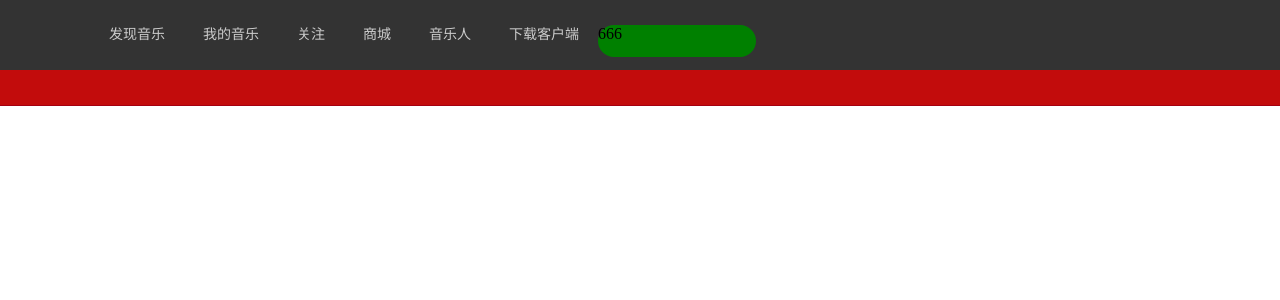
Repository: xtcgjk/-
Page: /
The author's editor kept a copy of each file at every save. The page is drawn from the files as they stood at one save, then again after the next save.
The browser window is 1280 px wide. The pictures show the whole page.
The project was rebuilt for these pictures with package versions that can differ from the ones it lists, and the page was loaded fresh each time.

Above is the page before, as saved 2022-02-23 16:22:04.

### index.html
<!DOCTYPE html>
<html>
  <head>
    <meta charset="utf-8" />
    <meta name="viewport" content="width=device-width,initial-scale=1.0" />
    <title>vue-music</title>
  </head>
  <body>
    <div id="app"></div>
    <!-- built files will be auto injected -->
  </body>
</html>
<style>
  body {
    margin: 0;
    padding: 0;
  }
</style>

### src/main.js
// The Vue build version to load with the `import` command
// (runtime-only or standalone) has been set in webpack.base.conf with an alias.
import Vue from "vue";
import App from "./App";
import router from "./routers";
import http from "./axios/index";
import ElementUI from "element-ui";
import "element-ui/lib/theme-chalk/index.css";

Vue.use(ElementUI);
Vue.prototype.$http = http;

/* eslint-disable no-new */
new Vue({
  el: "#app",
  router,
  components: { App },
  template: "<App/>"
});

### src/App.vue
<template>
  <div id="app">
    <router-view></router-view>
  </div>
</template>

<script>
export default {
  name: "App",
  components: {},
};
</script>

<style>
/* #app {
  font-family: "Avenir", Helvetica, Arial, sans-serif;
  -webkit-font-smoothing: antialiased;
  -moz-osx-font-smoothing: grayscale;
  text-align: center;
  color: #2c3e50;
  margin-top: 60px;
} */
</style>

### src/routers/index.js
import Vue from "vue";
import VueRouter from "vue-router";
Vue.use(VueRouter);
const router = new VueRouter({
  mode: "history",
  routes: [
    {
      path: "/",
      redirect: "/music"
    },
    {
      path: "/music",
      component: () => import("@/views/music")
    }
  ]
});

export default router;

### src/axios/index.js
function http(userOptions) {
  console.log("成功了");
}

### src/views/music/index.vue
<template>
  <div id="container">
    <div></div>
    <Header />
    <Header2 />
  </div>
</template>

<script>
import Header from "../../components/header";
import Header2 from "../../components/header2";
export default {
  components: {
    Header,
    Header2,
  },
};
</script>
<style scoped>
</style>

### src/components/header/index.vue
<template>
  <div id="wrapper">
    <div id="header">
      <router-link to="">发现音乐</router-link>
      <router-link to="">我的音乐</router-link>
      <router-link to="">关注</router-link>
      <router-link to="">商城</router-link>
      <router-link to="">音乐人</router-link>
      <router-link to="">下载客户端</router-link>
      <div id="search">666</div>
    </div>
  </div>
</template>

<script>
export default {
  name: "Header",
  data() {
    return {};
  },
};
</script>
<style scoped>
#wrapper {
  background-color: #333;
}
#header {
  width: 1100px;
  height: 70px;
  background-color: #333;
  margin: auto;
}
a {
  text-decoration: none;
  color: #ccc;
  font-style: normal;
  font-size: 14px;
  height: 70px;
  line-height: 70px;
  display: inline-block;
  padding: 0 19px;
}
#search {
  width: 158px;
  height: 32px;
  background-color: green;
  border-radius: 32px;
  display: inline-block;
}
</style>

### src/components/header2/index.vue
<template>
  <div id="header2"></div>
</template>
<script>
export default {
  name: "Header2",
  data() {
    return {};
  },
};
</script>
<style scoped>
#header2 {
  height: 35px;
  background-color: #c20c0c;
  border-bottom: 1px solid #a40011;
}
</style>

After the next save:
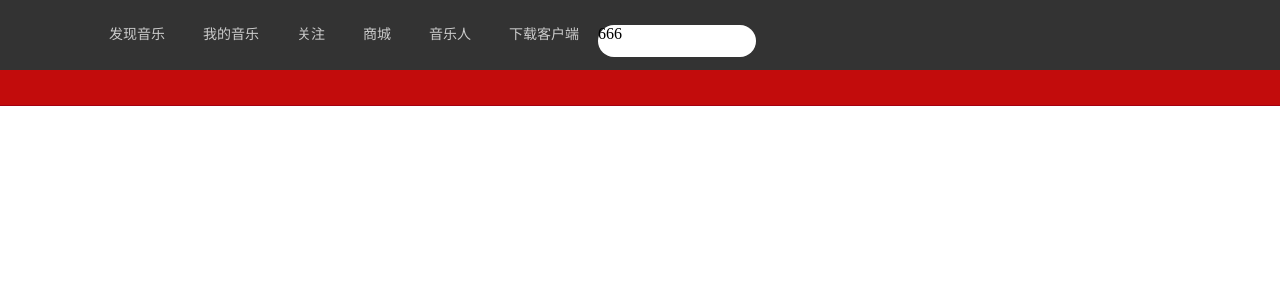
Saved 16 s later.
--- a/src/components/header/index.vue
+++ b/src/components/header/index.vue
@@ -43,7 +43,7 @@ a {
 #search {
   width: 158px;
   height: 32px;
-  background-color: green;
+  background-color: #fff;
   border-radius: 32px;
   display: inline-block;
 }
